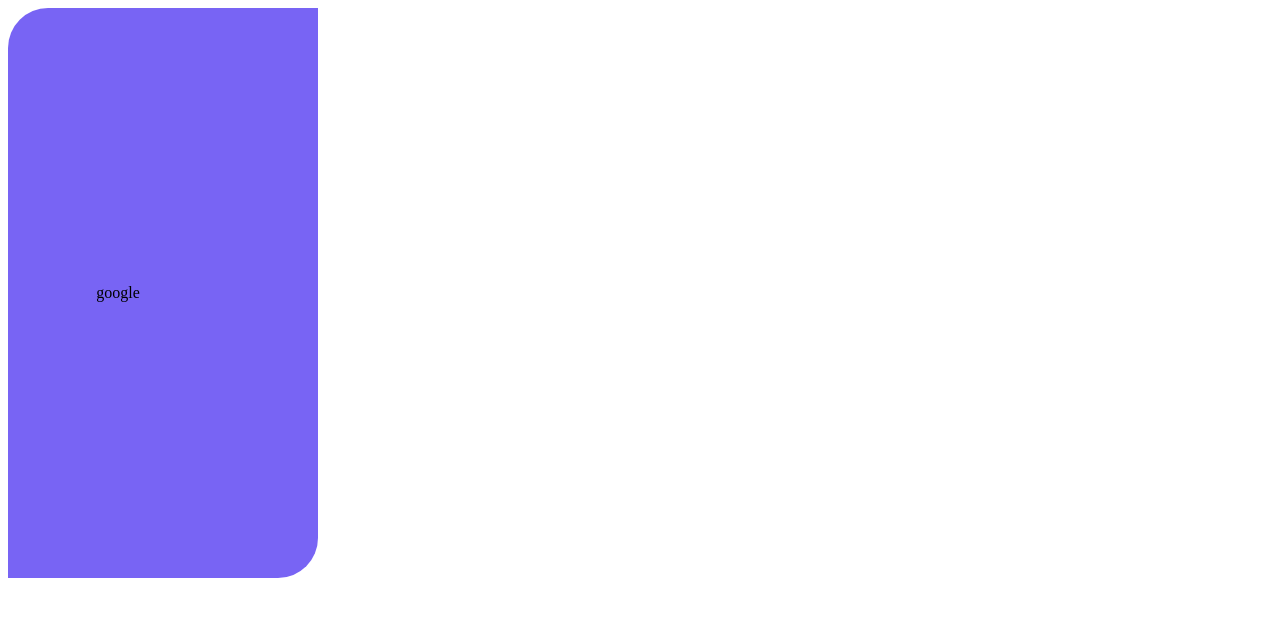
Repository: Aakarshit-Sharma19/Basic-HTML-and-CSS-Page-
Page: index.html
An editor plug-in stored every save of this project. The page is shown before and after the next save, followed by the edit.
The browser window is 1280 px wide. The pictures show the whole page.

Above is the page before, as saved 2020-11-07 13:51:43.

### index.html
<!DOCTYPE html>
<html lang="en">
<head>
    <meta charset="UTF-8">
    <meta name="viewport" content="width=device-width, initial-scale=1.0">
    <title>Document</title>
    <style>
        .shape{
            text-align: center;
            align-content: center;
            width: 200px;
            height: 550px;
            background: #7864F4;
            border-radius: 40px 0 40px 0;
        padding: 10px 100px 10px 10px;
        }
    </style>
</head>
<header>
</header>
<body>
    <div class="shape" onclick="alert('hi')">
        <p class='shape_text'>google</p>
    </div>
</body>
</html>

After the next save:
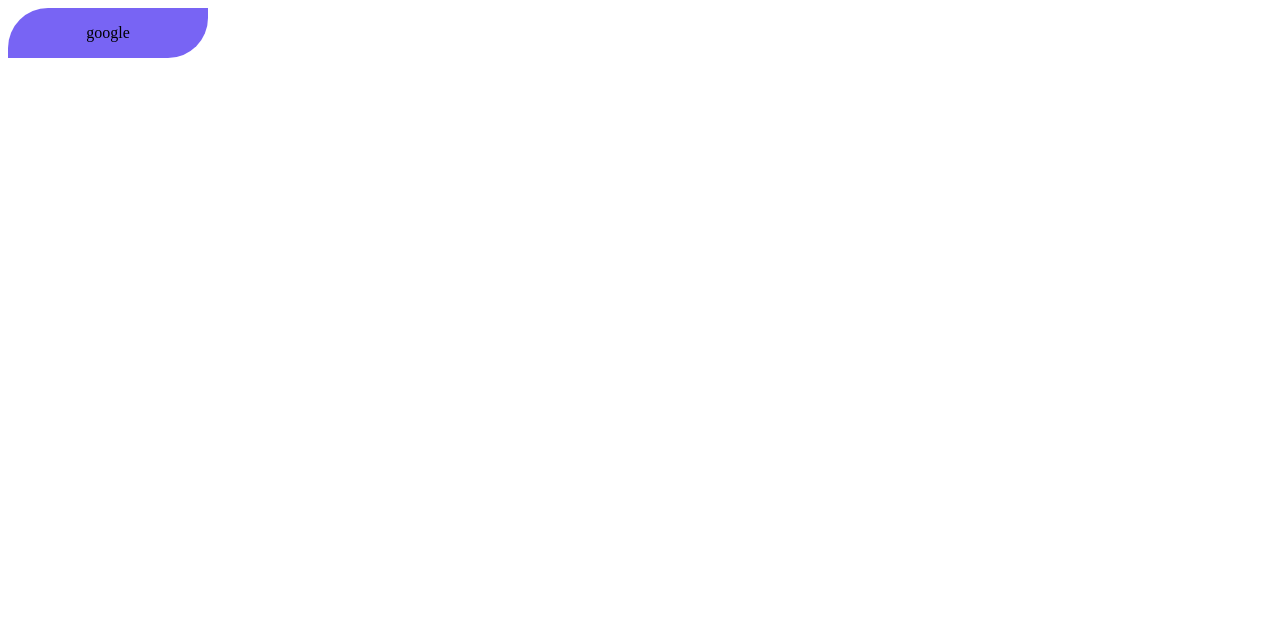
Saved 17 s later.
--- a/index.html
+++ b/index.html
@@ -9,10 +9,9 @@
             text-align: center;
             align-content: center;
             width: 200px;
-            height: 550px;
+            height: 50px;
             background: #7864F4;
             border-radius: 40px 0 40px 0;
-        padding: 10px 100px 10px 10px;
         }
     </style>
 </head>
